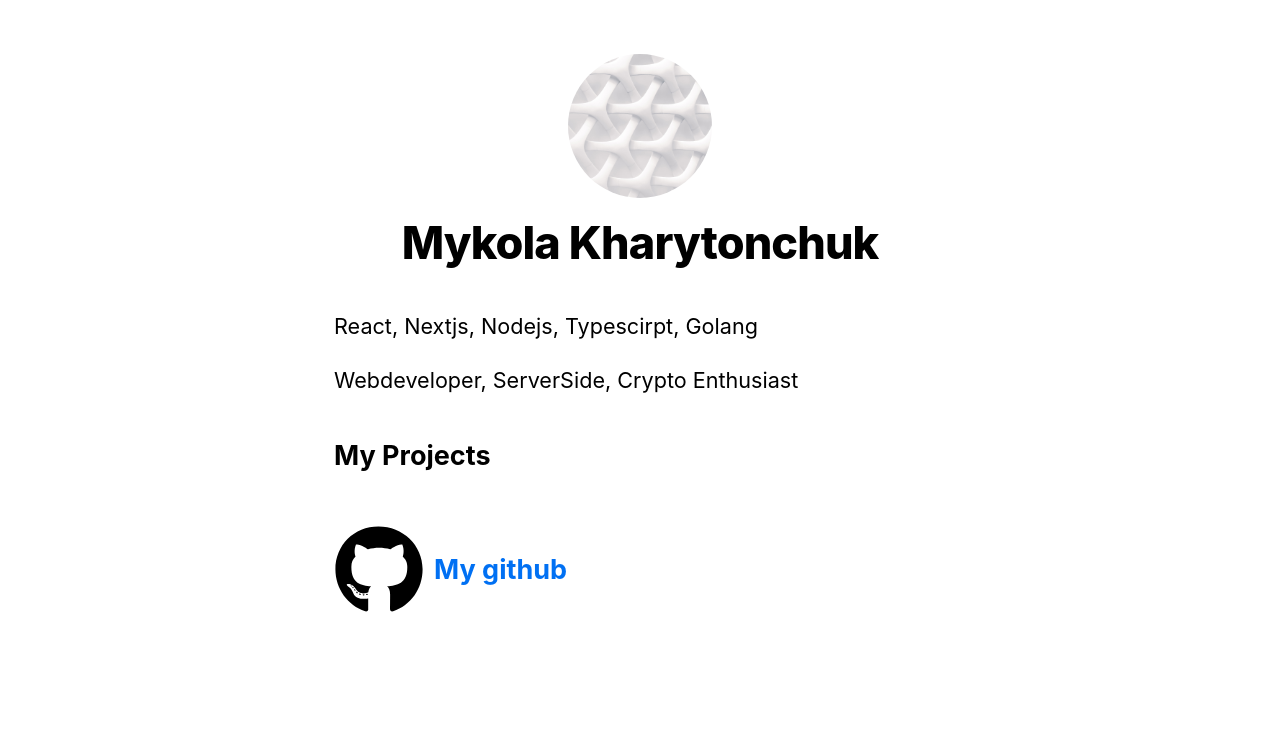
Repository: Mooninghnk/resume
Page: /
An editor plug-in stored every save of this project. The page is shown before and after the next save, followed by the edit.
The browser window is 1280 px wide. The pictures show the whole page.
The project was rebuilt for these pictures with package versions that can differ from the ones it lists, and the page was loaded fresh each time. The framework's server and built-in components were replaced by stand-ins that run in the browser.

Above is the page before, as saved 2021-12-29 21:29:48.

After the next save:
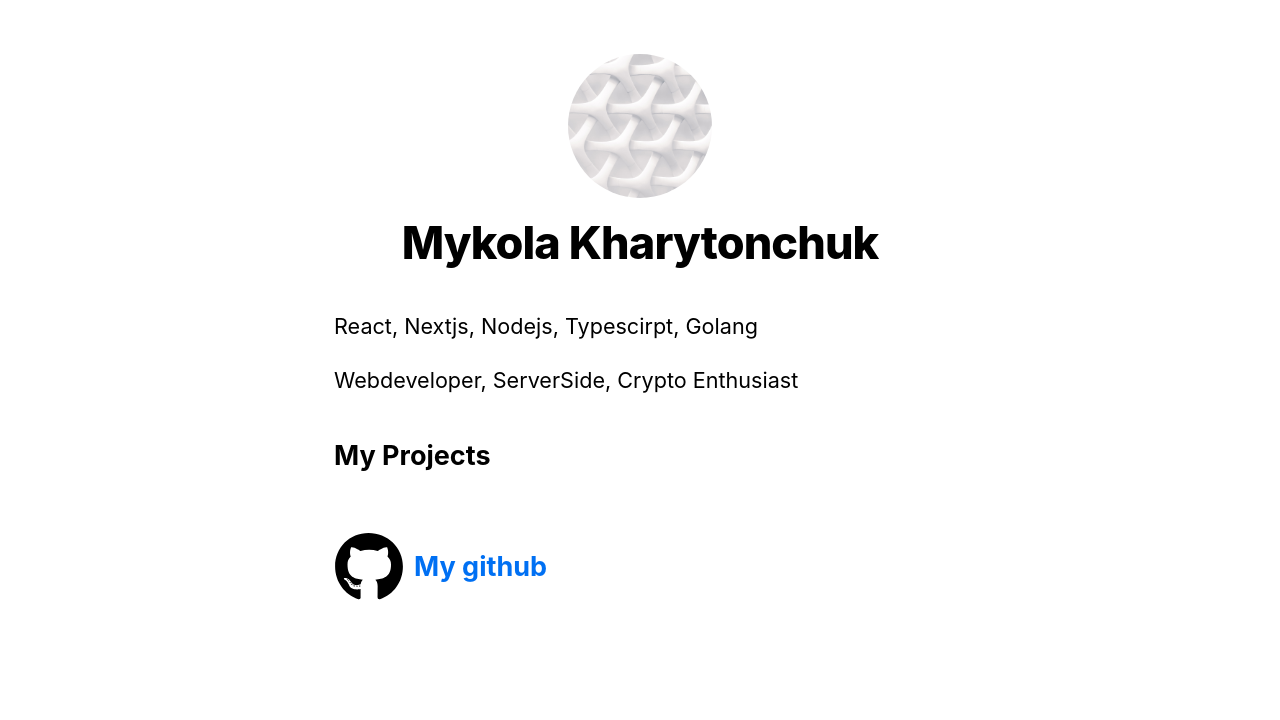
Saved 8 s later.
--- a/pages/index.tsx
+++ b/pages/index.tsx
@@ -10,8 +10,10 @@ import { useState } from "react";
 
 
 export default function Home({ allPostsData }) {
-  const [icon, sizeIcon] = useState(90);
-
+  const [icon, sizeIcon] = useState(70);
+  const onH = (event) => {
+    sizeIcon(100)
+  }
   return (
     <Layout home>
       <Head>
